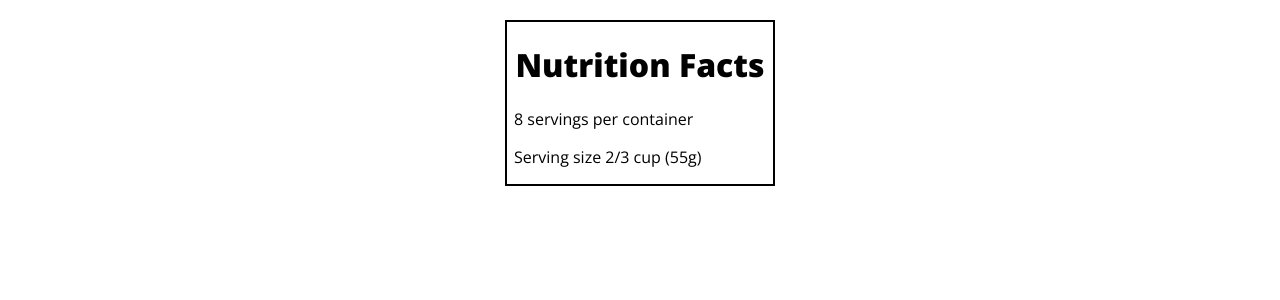
Repository: AimenDje/NutritionLabel
Page: index.html
These files come from the project's save history. The page is drawn as it stood at one moment and after the next save; the edit follows.
The browser window is 1280 px wide. The pictures show the whole page.

Above is the page before, as saved 2025-08-27 02:02:48.

### index.html
<!DOCTYPE html>
<html lang="en">

<head>
  <meta charset="UTF-8">
  <title>Nutrition Label</title>
  <link rel="stylesheet" href="https://fonts.googleapis.com/css?family=Open+Sans:400,700,800">
  <link rel="stylesheet" href="styles.css">

</head>

<body>
  <div class="label">
  <h1>Nutrition Facts</h1>
  <p>8 servings per container</p>
  <p>Serving size 2/3 cup (55g)</p>
  </div>
</body>
</html>

### styles.css
*{
  box-sizing: border-box;
}

body{
  font-family:"Open Sans", sans-serif;
}

html{
  font-size:16px;
}

.label {
  border: 2px solid black;
  width: 270px;
  margin: 20px auto;
  padding : 0 7px;
}

h1{
  font-weight: 800;
  text-align: center;
}

After the next save:
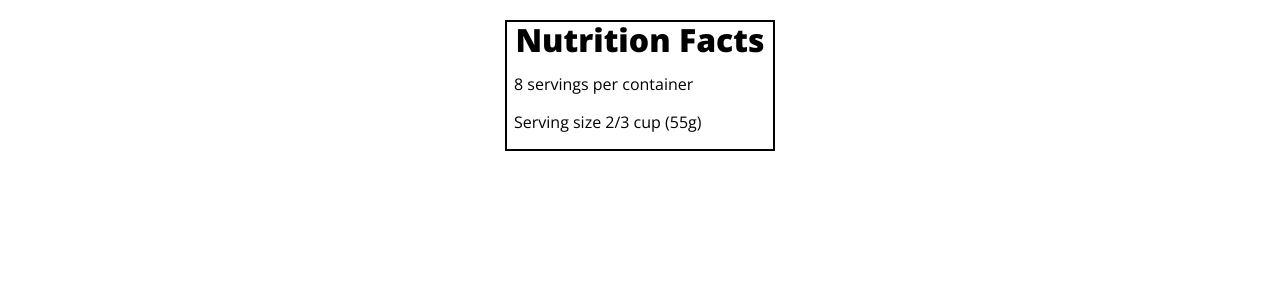
Saved 48 s later.
--- a/styles.css
+++ b/styles.css
@@ -17,7 +17,8 @@ html{
   padding : 0 7px;
 }
 
-h1{
+h1 {
   font-weight: 800;
   text-align: center;
+  margin : -4px 0px;
 }
